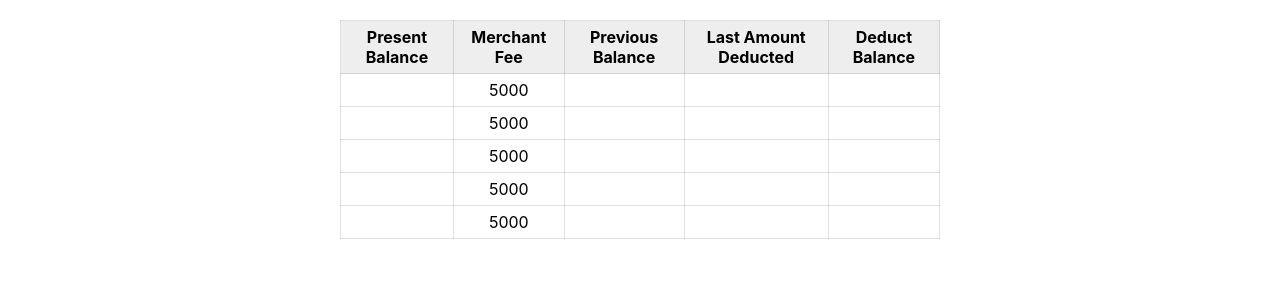
Repository: Anubhavgarg/pomelopay
Page: / (app in my-app/)
An editor plug-in stored every save of this project. The page is shown before and after the next save, followed by the edit.
The browser window is 1280 px wide. The pictures show the whole page.
The project was rebuilt for these pictures with package versions that can differ from the ones it lists, and the page was loaded fresh each time.

Above is the page before, as saved 2020-02-22 00:19:46.

### my-app/src/App.js
import React from 'react';
import './App.css';

function App() {
  const [itemList, setItemList] = React.useState({
    list: []
  });
  React.useEffect(() => {
    fetch('http://localhost:3000/App.json')
      .then(results => results.json())
      .then(data => {
        console.log("data:", data);
        setItemList({ ...itemList, list: data.response });
      });
  }, []);
  return (
    <div className="App">
      <table>
        <thead>
          <tr>
            <th>Present Balance</th>
            <th>Merchant Fee</th>
            <th>Previous Balance</th>
            <th>Last Amount Deducted</th>
            <th>Deduct Balance</th>
          </tr>
        </thead>
        <tbody>
          {
            itemList.list.map(item => {
              return (
                <tr key={item.presentBalance}>
                  <td>{item.merhantFee}</td>
                  <td>{item.previousBalance}</td>
                  <td>{item.available}</td>
                  <td>{item.available}</td>
                  <td>{item.available}</td>
                </tr>
              )
            })
          }

        </tbody>
      </table>
    </div>
  );
}

export default App;

### my-app/src/App.css
.App {
  text-align: center;
}

table{
  width: 100%;
  max-width: 600px;
  margin: 20px auto;
  border-collapse: collapse;
}

table, th, td {
  border: 1px solid rgba(102,102,102,0.2);
}
th,td{
  padding: 6px 10px;
}
th{
  background-color: #eee;
}

### my-app/public/App.json
{
    "response": [{
        "presentBalance": 10000,
        "merchantFee": 50,
        "previousBalance": 5000,
        "lastAmountDeducted": 5000,
        "deductBalance": 0
    }, {
        "presentBalance": 100000,
        "merchantFee": 50,
        "previousBalance": 5000,
        "lastAmountDeducted": 5000,
        "deductBalance": 0
    }, {
        "presentBalance": 50000,
        "merchantFee": 50,
        "previousBalance": 5000,
        "lastAmountDeducted": 5000,
        "deductBalance": 0
    }, {
        "presentBalance": 300000,
        "merchantFee": 50,
        "previousBalance": 5000,
        "lastAmountDeducted": 5000,
        "deductBalance": 0
    }, {
        "presentBalance": 34000,
        "merchantFee": 50,
        "previousBalance": 5000,
        "lastAmountDeducted": 5000,
        "deductBalance": 0
    }]
}

Loaded but not shown: my-app/public/index.html (common file); my-app/src/index.js (common file); my-app/src/index.css (common file); my-app/src/serviceWorker.js (common file)

After the next save:
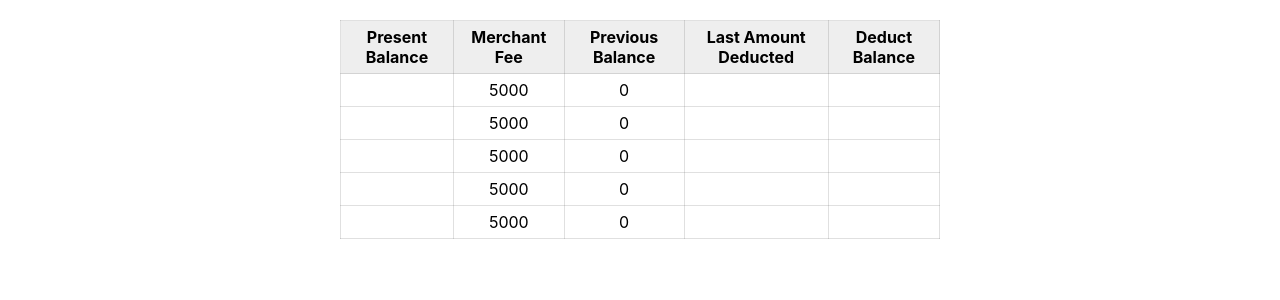
Saved 7 s later.
--- a/my-app/src/App.js
+++ b/my-app/src/App.js
@@ -32,7 +32,7 @@ function App() {
                 <tr key={item.presentBalance}>
                   <td>{item.merhantFee}</td>
                   <td>{item.previousBalance}</td>
-                  <td>{item.available}</td>
+                  <td>{item.deductBalance}</td>
                   <td>{item.available}</td>
                   <td>{item.available}</td>
                 </tr>
